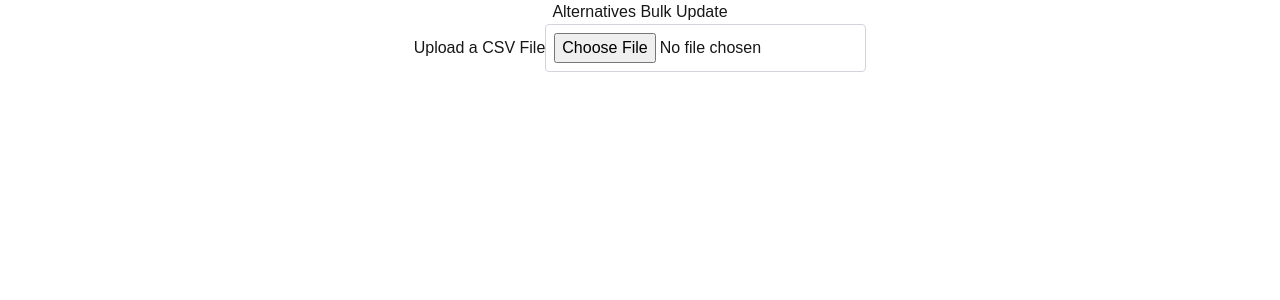
Repository: Ganesh-General-Traffic/Alternatives
Page: / (app in alternatives-bulk/)
An editor plug-in stored every save of this project. The page is shown before and after the next save, followed by the edit.
The browser window is 1280 px wide. The pictures show the whole page.
The project was rebuilt for these pictures with package versions that can differ from the ones it lists, and the page was loaded fresh each time. The framework's server and built-in components were replaced by stand-ins that run in the browser. Also part of the build but not shown: alternatives-bulk/next.config.ts.

Above is the page before, as saved 2024-12-09 11:00:47.

After the next save:
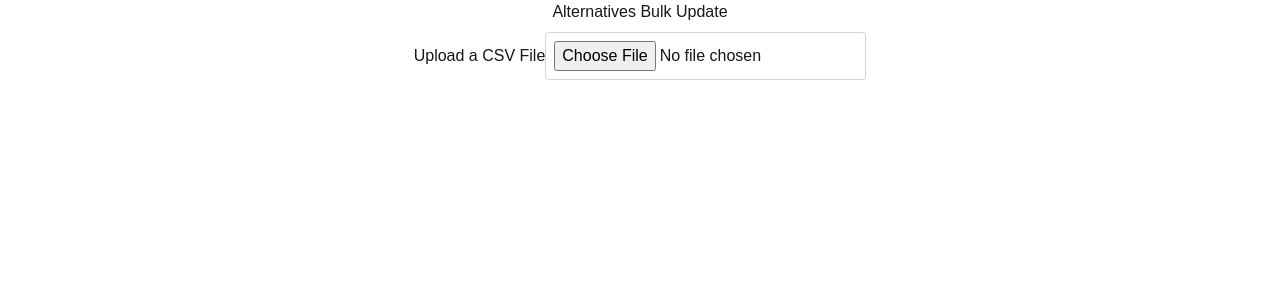
Saved 50 s later.
--- a/alternatives-bulk/app/page.tsx
+++ b/alternatives-bulk/app/page.tsx
@@ -5,19 +5,33 @@ import { useState } from "react";
 export default function Home() {
   const [fileName, setFileName] = useState("");
 
+  const handleFileChange = (e) => {
+    const file = e.target.files[0];
+    if (file) {
+      setFileName(file.name); // Update the fileName state with the uploaded file's name
+    } else {
+      setFileName(""); // Reset the fileName if no file is selected
+    }
+  };
+
   return (
     <>
       <p className="w-full text-center">Alternatives Bulk Update</p>
-      {fileName !== "" && <div className="max-w-max mx-auto">File Name : </div>}
+      {fileName !== "" && (
+        <div className="max-w-max mx-auto">
+          File Name: <strong>{fileName}</strong>
+        </div>
+      )}
       <div className="mx-auto max-w-max">
-        <label htmlFor="csvFile">
+        <label htmlFor="csvFile" className="block text-center">
           Upload a CSV File
           <input
             type="file"
             name="csvFile"
             id="csvFile"
             accept=".csv"
-            className="border border-gray-300 rounded p-2"
+            className="border border-gray-300 rounded p-2 mt-2"
+            onChange={handleFileChange} // Attach the event handler here
           />
         </label>
       </div>
